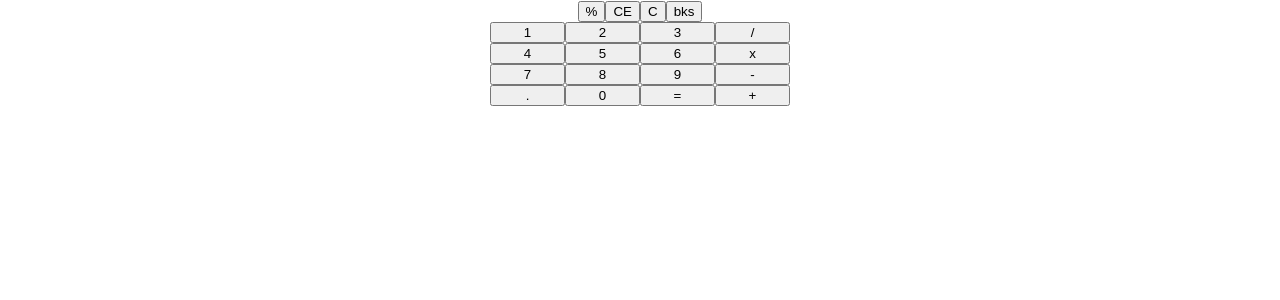
Repository: hoangphuong965/calculator_react
Page: /
These files come from the project's save history. The page is drawn as it stood at one moment and after a run of saves; the edit follows.
The browser window is 1280 px wide. The pictures show the whole page.
The project was rebuilt for these pictures with package versions that can differ from the ones it lists, and the page was loaded fresh each time.

Above is the page before, as saved 2020-08-04 08:10:48.

After the next 8 saves:
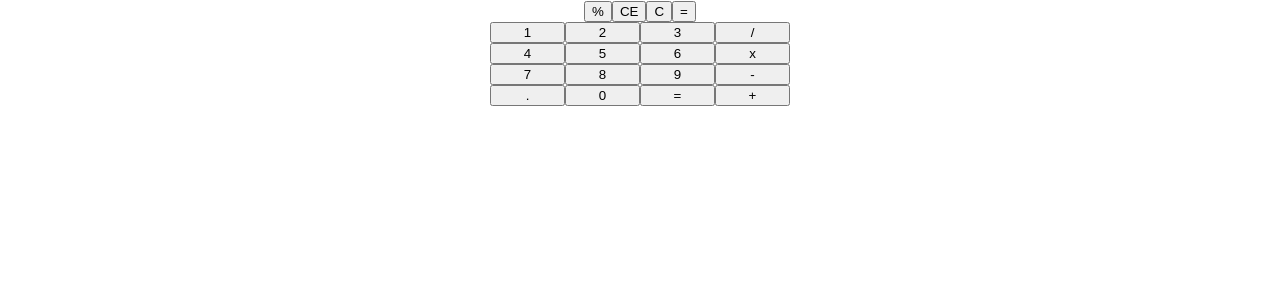
The 8 saves are shown as one change because 2 did not build or start and some came seconds apart.
The last was saved 24 s later.
--- a/src/component/Key.js
+++ b/src/component/Key.js
@@ -7,7 +7,7 @@ function Key() {
         <button className="data-ctr">%</button>
         <button className="data-ctr">CE</button>
         <button className="data-ctr">C</button>
-        <button className="data-ctr">bks</button>
+        <button className="data-ctr">=</button>
       </div>
       <div className="key-number">
         <button className="data-key">1</button>
